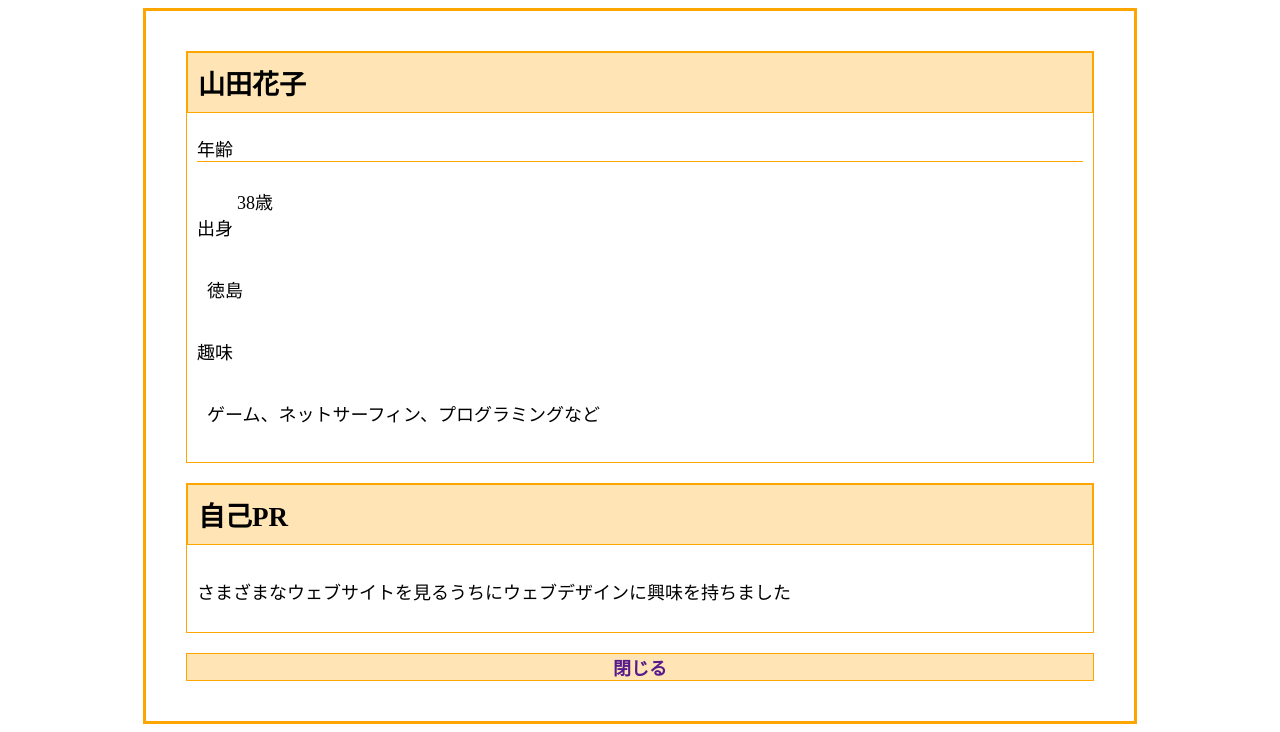
Repository: tomimaler/dc_work_tamachi_inagaki_html
Page: practice_box/practice_box.html
The author's editor kept a record of every edit. The page is drawn from the files as they stood at one moment, then again after the next edit.
The browser window is 1280 px wide. The pictures show the whole page.

Above is the page before.

After the next edit:
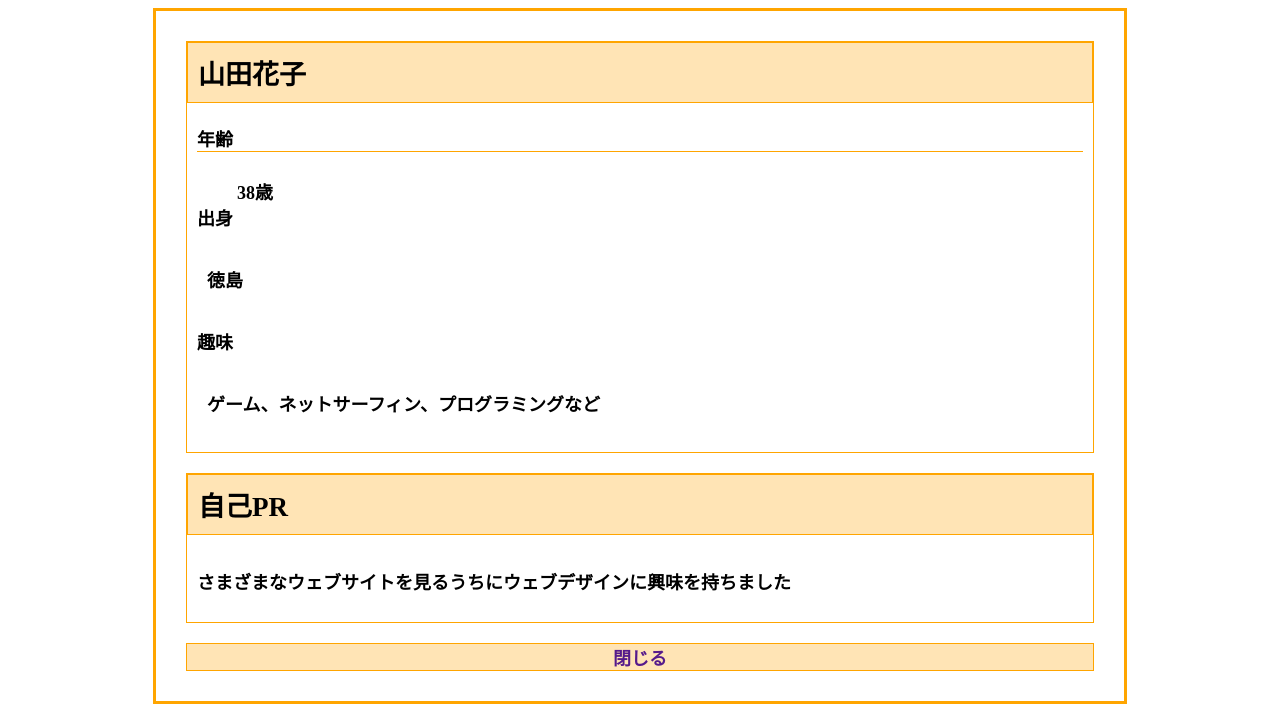
The edit:
--- a/practice_box/practice_box.css
+++ b/practice_box/practice_box.css
@@ -2,8 +2,9 @@
     width:75%;
     border:solid 3px orange;
     margin:0 auto;
-    padding:20px;
+    padding:10px;
    font-size:18px;
+   font-weight:bolder;
 }
 
 .status {
